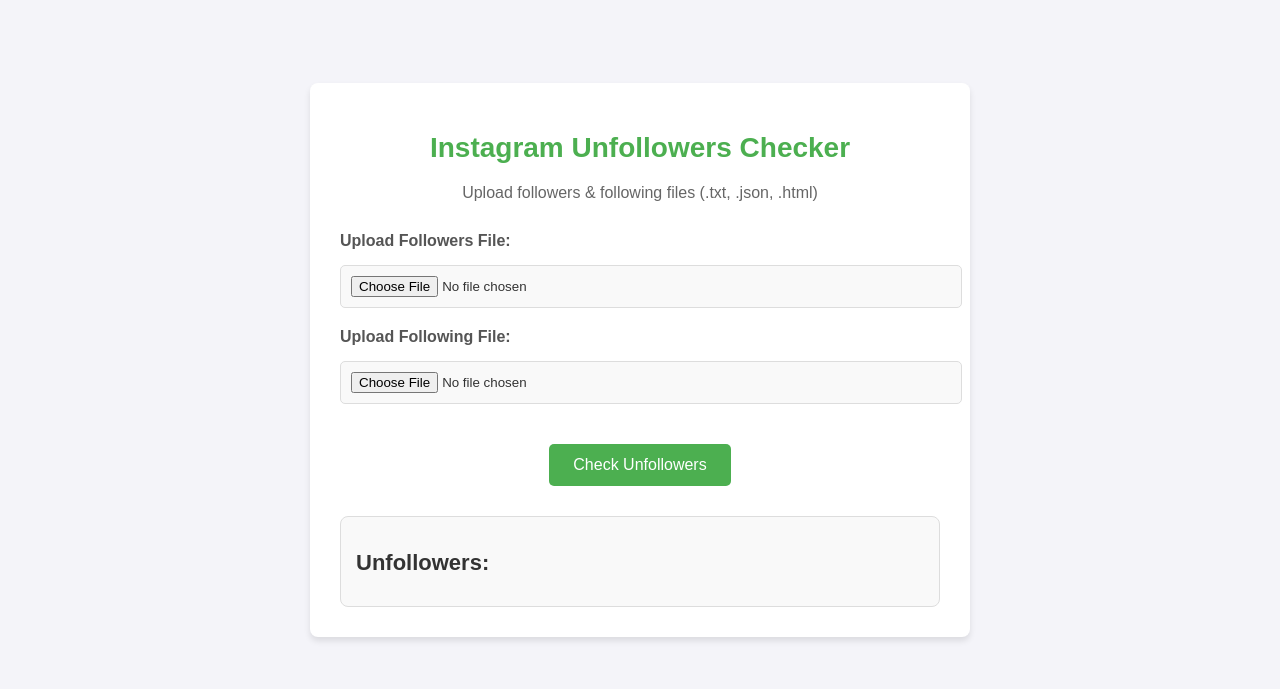
Repository: GiraldoNainggolan/IUC
Page: index.html
The author's editor kept a copy of each file at every save. The page is drawn from the files as they stood at one save, then again after the next save.
The browser window is 1280 px wide. The pictures show the whole page.

Above is the page before, as saved 2025-02-04 15:56:06.

### index.html
<!DOCTYPE html>
<html lang="en">
<head>
    <meta charset="UTF-8">
    <meta name="viewport" content="width=device-width, initial-scale=1.0">
    <title>Instagram Unfollowers Checker</title>
    <link rel="stylesheet" href="style.css">
</head>
<body>
    <div class="container">
        <h1>Instagram Unfollowers Checker</h1>
        <p>Upload followers & following files (.txt, .json, .html)</p>

        <div class="upload-section">
            <label for="followersFile">Upload Followers File:</label>
            <input type="file" id="followersFile" accept=".txt, .json, .html">
        </div>
        <div class="upload-section">
            <label for="followingFile">Upload Following File:</label>
            <input type="file" id="followingFile" accept=".txt, .json, .html">
        </div>
        <button id="checkUnfollowers">Check Unfollowers</button>

        <div id="result" class="result">
            <h2>Unfollowers:</h2>
            <ul id="unfollowersList"></ul>
        </div>

        <div id="loading" class="loading" style="display: none;">
            <div class="spinner"></div>
            <p>Processing...</p>
        </div>
    </div>
    <script src="script.js"></script>
</body>
</html>

### style.css
body {
    font-family: Arial, sans-serif;
    background-color: #f4f4f9;
    color: #333;
    margin: 0;
    padding: 0;
    display: flex;
    justify-content: center;
    align-items: center;
    height: 100vh;
}

.container {
    max-width: 600px;
    width: 100%;
    background: #fff;
    padding: 30px;
    box-shadow: 0 4px 6px rgba(0, 0, 0, 0.1);
    border-radius: 8px;
    text-align: center;
}

h1 {
    font-size: 28px;
    margin-bottom: 20px;
    color: #4CAF50;
}

p {
    font-size: 16px;
    color: #666;
    margin-bottom: 30px;
}

.upload-section {
    margin: 20px 0;
    text-align: left;
}

label {
    font-weight: bold;
    display: block;
    margin-bottom: 10px;
    color: #555;
}

input[type="file"] {
    width: 100%;
    padding: 10px;
    border: 1px solid #ddd;
    border-radius: 5px;
    background: #f9f9f9;
    margin-top: 5px;
}

button {
    margin-top: 20px;
    padding: 12px 24px;
    font-size: 16px;
    background: #4CAF50;
    color: white;
    border: none;
    border-radius: 5px;
    cursor: pointer;
    transition: background 0.3s ease;
}

button:hover {
    background: #45a049;
}

.result {
    margin-top: 30px;
    text-align: left;
}

h2 {
    font-size: 22px;
    color: #333;
    margin-bottom: 15px;
}

ul {
    list-style: none;
    padding: 0;
}

ul li {
    background: #f9f9f9;
    margin: 10px 0;
    padding: 15px;
    border: 1px solid #ddd;
    border-radius: 4px;
    color: #555;
}

/* Tambahkan ini ke CSS Anda */

.result {
    margin-top: 30px;
    text-align: left;
    max-height: 300px; /* Atur tinggi maksimal container */
    overflow-y: auto; /* Tambahkan scroll jika konten melebihi tinggi */
    border: 1px solid #ddd; /* Tambahkan border untuk kejelasan */
    border-radius: 8px;
    padding: 15px;
    background: #f9f9f9;
}

ul#unfollowersList {
    margin: 0;
    padding: 0;
}

ul#unfollowersList li {
    background: #fff;
    margin: 10px 0;
    padding: 12px;
    border: 1px solid #eee;
    border-radius: 5px;
    color: #555;
    word-wrap: break-word; /* Memastikan teks panjang tidak overflow */
    overflow-wrap: break-word; /* Memastikan teks panjang tidak overflow */
}

/* Jika ingin menambahkan hover effect pada list item */
ul#unfollowersList li:hover {
    background: #f1f1f1;
    cursor: pointer;
}

button#checkUnfollowers {
    margin-top: 20px;
    padding: 12px 24px;
    font-size: 16px;
    background: #4CAF50;
    color: white;
    border: none;
    border-radius: 5px;
    cursor: pointer;
    transition: background 0.3s ease, transform 0.2s ease;
}

button#checkUnfollowers:hover {
    background: #45a049;
    transform: scale(1.05); /* Sedikit membesar saat hover */
}

button#checkUnfollowers:active {
    transform: scale(0.95); /* Sedikit mengecil saat diklik */
}

.loading {
    text-align: center;
    margin-top: 20px;
}

.spinner {
    border: 4px solid #f3f3f3;
    border-top: 4px solid #4CAF50;
    border-radius: 50%;
    width: 40px;
    height: 40px;
    animation: spin 1s linear infinite;
    margin: 0 auto 10px auto;
}

@keyframes spin {
    0% { transform: rotate(0deg); }
    100% { transform: rotate(360deg); }
}

ul#unfollowersList {
    margin: 0;
    padding: 0;
    opacity: 0;
    transform: translateY(-20px);
    transition: opacity 0.5s ease, transform 0.5s ease;
}

ul#unfollowersList.show {
    opacity: 1;
    transform: translateY(0);
}

### script.js
document.getElementById("checkUnfollowers").addEventListener("click", async () => {
    const followersFile = document.getElementById("followersFile").files[0];
    const followingFile = document.getElementById("followingFile").files[0];

    if (!followersFile || !followingFile) {
        alert("Silakan upload kedua file sebelum melanjutkan.");
        return;
    }

    try {
        const followers = await extractUsernamesFromHTML(followersFile);
        const following = await extractUsernamesFromHTML(followingFile);

        const unfollowers = following.filter(user => !followers.includes(user));
        displayUnfollowers(unfollowers);
    } catch (error) {
        alert("Terjadi kesalahan saat membaca file: " + error);
    }
});

document.getElementById('checkUnfollowers').addEventListener('click', function () {
    // Contoh data unfollower (ganti dengan data asli dari file yang diupload)
    const unfollowers = ['user1', 'user2_with_a_very_long_username', 'user3', 'user4', 'user5'];

    const unfollowersList = document.getElementById('unfollowersList');
    unfollowersList.innerHTML = ''; // Kosongkan list sebelum menambahkan data baru

    unfollowers.forEach(user => {
        const li = document.createElement('li');
        li.textContent = user;
        unfollowersList.appendChild(li);
    });
});

async function extractUsernamesFromHTML(file) {
    return new Promise((resolve, reject) => {
        const reader = new FileReader();

        reader.onload = () => {
            const parser = new DOMParser();
            const doc = parser.parseFromString(reader.result, "text/html");

            // Ambil semua elemen <a> yang mengandung link Instagram
            const usernames = [...doc.querySelectorAll("a")]
                .map(a => a.textContent.trim())
                .filter(name => name.length > 0);

            if (usernames.length === 0) {
                reject("Tidak ditemukan username di dalam file.");
            } else {
                resolve(usernames);
            }
        };

        reader.onerror = () => reject(reader.error);
        reader.readAsText(file);
    });
}

function displayUnfollowers(unfollowers) {
    const list = document.getElementById("unfollowersList");
    list.innerHTML = "";

    if (unfollowers.length === 0) {
        list.innerHTML = "<li>Semua orang mengikuti balik!</li>";
        return;
    }

    unfollowers.forEach(user => {
        const listItem = document.createElement("li");
        listItem.textContent = user;
        list.appendChild(listItem);
    });
}

document.getElementById('checkUnfollowers').addEventListener('click', function () {
    const loading = document.getElementById('loading');
    loading.style.display = 'block'; // Tampilkan loading

    // Simulasikan proses (ganti dengan proses asli)
    setTimeout(() => {
        const unfollowers = ['user1', 'user2_with_a_very_long_username', 'user3', 'user4', 'user5'];
        const unfollowersList = document.getElementById('unfollowersList');
        unfollowersList.innerHTML = '';

        unfollowers.forEach(user => {
            const li = document.createElement('li');
            li.textContent = user;
            unfollowersList.appendChild(li);
        });

        loading.style.display = 'none'; // Sembunyikan loading setelah selesai
    }, 2000); // Ganti dengan waktu proses yang sesuai
});

setTimeout(() => {
    const unfollowersList = document.getElementById('unfollowersList');
    unfollowersList.classList.add('show'); // Tambahkan class untuk animasi
}, 2100); // Sesuaikan dengan waktu proses

After the next save:
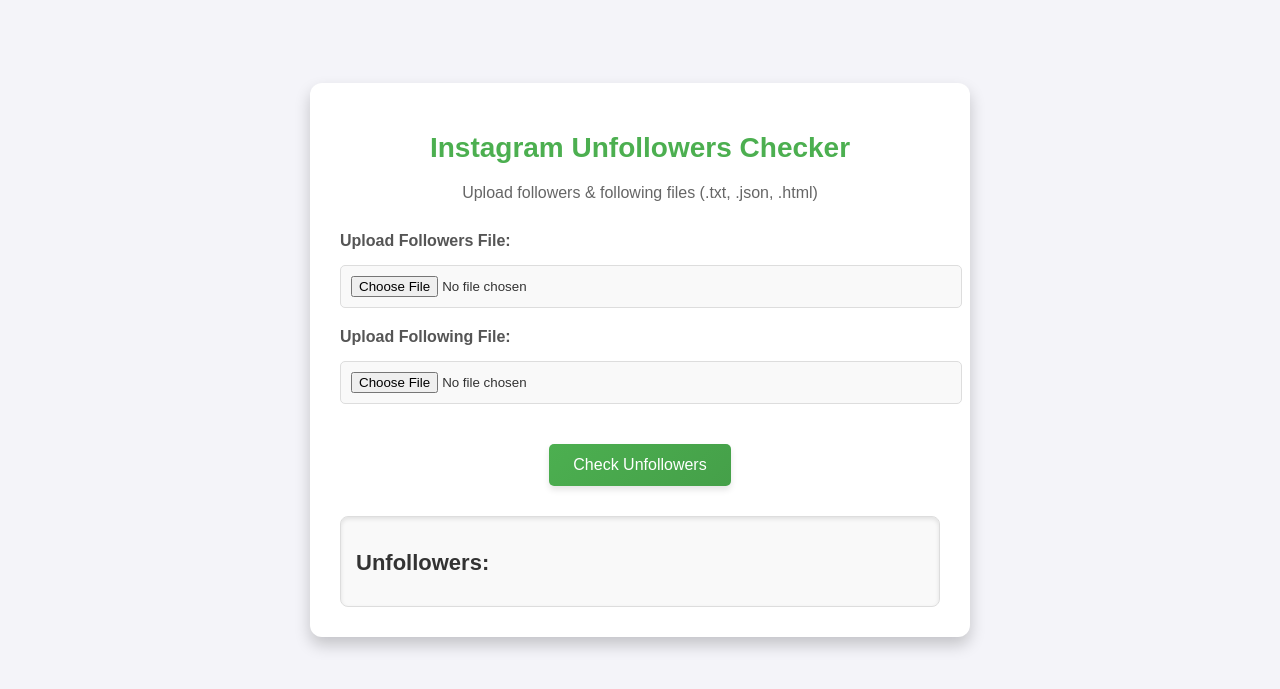
Saved 9 s later.
--- a/style.css
+++ b/style.css
@@ -182,3 +182,35 @@
     opacity: 1;
     transform: translateY(0);
 }
+
+.container {
+    max-width: 600px;
+    width: 100%;
+    background: #fff;
+    padding: 30px;
+    box-shadow: 0 8px 16px rgba(0, 0, 0, 0.2);
+    border-radius: 12px;
+    text-align: center;
+}
+
+button#checkUnfollowers {
+    background: linear-gradient(135deg, #4CAF50, #45a049);
+    box-shadow: 0 4px 6px rgba(0, 0, 0, 0.1);
+}
+
+button#checkUnfollowers:hover {
+    background: linear-gradient(135deg, #45a049, #4CAF50);
+    box-shadow: 0 6px 8px rgba(0, 0, 0, 0.2);
+}
+
+.result {
+    margin-top: 30px;
+    text-align: left;
+    max-height: 300px;
+    overflow-y: auto;
+    border: 1px solid #ddd;
+    border-radius: 8px;
+    padding: 15px;
+    background: #f9f9f9;
+    box-shadow: inset 0 2px 4px rgba(0, 0, 0, 0.1);
+}
